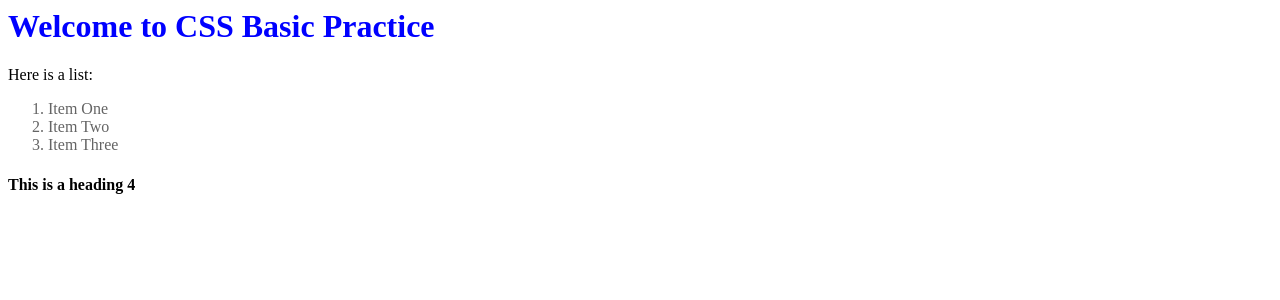
Repository: MonwarAdeeb/Bista_Solutions
Page: HTML & CSS/CSS/Level One/Level_One.html
The author's editor kept a copy of each file at every save. The page is drawn from the files as they stood at one save, then again after the next save.
The browser window is 1280 px wide. The pictures show the whole page.

Above is the page before, as saved 2021-05-19 16:03:17.

### HTML & CSS/CSS/Level One/Level_One.html
<html lang="en">
<head>
    <meta charset="UTF-8">
    <meta http-equiv="X-UA-Compatible" content="IE=edge">
    <meta name="viewport" content="width=device-width, initial-scale=1.0">
    <title>CSS Basics</title>
    <link rel="stylesheet" href="Level_One_CSS.css">
</head>
<body>
    <h1>Welcome to CSS Basic Practice</h1>

    <p>Here is a list:</p>

    <ol>
        <li>Item One</li>
        <li>Item Two</li>
        <li>Item Three</li>
    </ol>

    <h4>This is a heading 4</h4>
</body>
</html>

### HTML & CSS/CSS/Level One/Level_One_CSS.css
/* General Format */
/* selected tag{
    property: value;
} */

h1 {
  color: blue;
}

li {
  color: rgb(100, 100, 100);
}

After the next save:
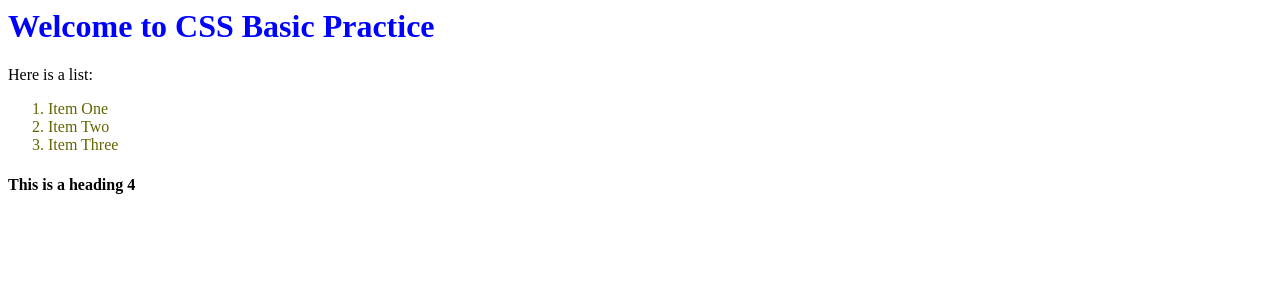
Saved 9 s later.
--- a/HTML & CSS/CSS/Level One/Level_One_CSS.css
+++ b/HTML & CSS/CSS/Level One/Level_One_CSS.css
@@ -8,5 +8,5 @@
 }
 
 li {
-  color: rgb(100, 100, 100);
+  color: rgb(100, 100, 0);
 }
